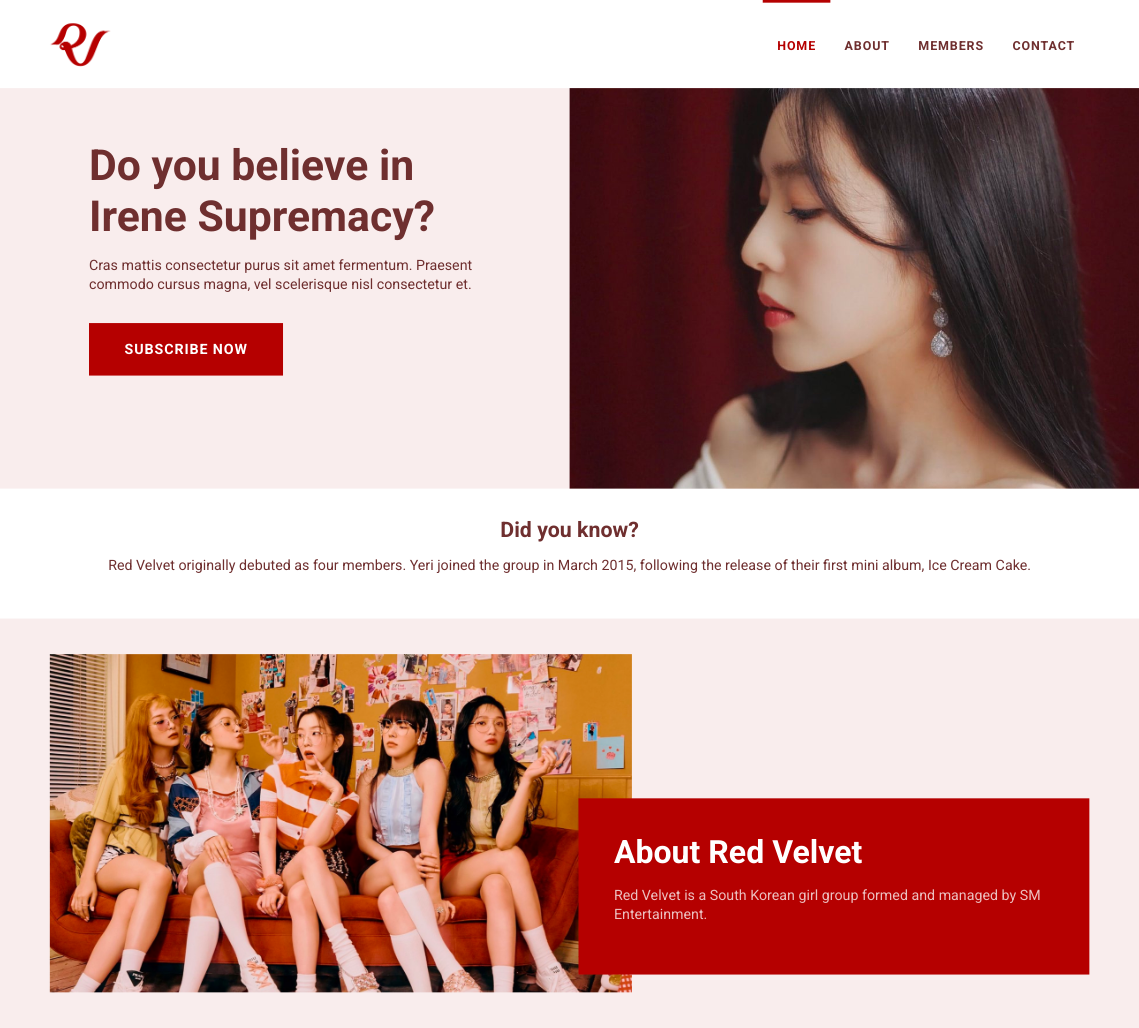
Repository: stillnotdavid/eternity-university
Page: app/index.html
An editor plug-in stored every save of this project. The page is shown before and after the next save, followed by the edit.
The browser window is 1280 px wide. The pictures show the whole page, at 89% of full size.
The style sheet was rebuilt from its Sass, Less or Tailwind sources for each picture, by a compiler version that may differ from the author's.

Above is the page before, as saved 2021-12-03 23:58:30.

### app/index.html
<!doctype html>
<html class="no-js" lang="">

<head>
  <meta charset="utf-8">
  <meta name="description" content="">

  <meta name="viewport" content="width=device-width, initial-scale=1, shrink-to-fit=no">
  <title>Red Velvet Fansite</title>
  <link rel="apple-touch-icon" href="apple-touch-icon.png">
  <!-- Place favicon.ico in the root directory -->
  <!-- build:css styles/vendor.css -->
  <!-- endbuild -->
  <!-- build:css styles/main.css -->
  <link rel="stylesheet" href="styles/main.css">
  <!-- endbuild -->
  <!-- build:js scripts/modernizr.js -->
  <script src="scripts/modernizr.js"></script>
  <!-- endbuild -->
</head>

<body>
  <!--[if IE]>
      <p class="browserupgrade">You are using an <strong>outdated</strong> browser. Please <a href="http://browsehappy.com/">upgrade your browser</a> to improve your experience.</p>
    <![endif]-->
  <header class="header">
    <div class="container header__container">
      <a class="header__logo" href="#"><img class="header__logo-image" src="images/logo.png"
          alt="Red Velvet Logo" /></a>
      <nav class="header__nav">
        <ul class="header__nav-links">
          <li class="header__nav-item">
            <a class="header__nav-link header__nav-link--active" href="">Home</a>
          </li>
          <li class="header__nav-item">
            <a class="header__nav-link" href="">About</a>
          </li>
          <li class="header__nav-item">
            <a class="header__nav-link" href="">Members</a>
          </li>
          <li class="header__nav-item">
            <a class="header__nav-link" href="">Contact</a>
          </li>
        </ul>
      </nav>
    </div>
  </header>
  <section class="hero">
    <div class="hero__cta">
      <h1>Do you believe in Irene Supremacy?</h1>
      <p>Cras mattis consectetur purus sit amet fermentum. Praesent commodo cursus magna, vel scelerisque nisl
        consectetur et.</p>
      <a class="button-primary" href="">Subscribe Now</a>
    </div>
    <div class="hero__image">
    </div>
  </section>
  <section class="trivia">
    <div class="container trivia__container">
      <div class="trivia__title">Did you know?</div>
      <p>Red Velvet originally debuted as four members. Yeri joined the group in March 2015, following the release of
        their first mini album, Ice Cream Cake.</p>
    </div>
  </section>
  <section class="about">
    <div class="container about__container">
      <img class="about__image" src="images/group.png" alt="Red Velvet Sitting!">
      <div class="about__text">
        <h2>About Red Velvet</h2>
        <p class="light">Red Velvet is a South Korean girl group formed and managed by SM Entertainment.</p>
      </div>
    </div>
  </section>

  <!-- build:js scripts/vendor.js -->
  <!-- endbuild -->
  <!-- build:js scripts/main.js -->
  <script src="scripts/main.js"></script>
  <!-- endbuild -->
</body>

</html>

### app/styles/main.scss
@import 'partials/colors';
@import 'partials/spacing';
@import 'partials/typography';

@import 'components/button';
@import 'components/header';
@import 'components/hero';
@import 'components/trivia';
@import 'components/about';


* {
  box-sizing: border-box;
}

html,
body {
  padding: 0;
  margin: 0;
}

.container {
  display: flex;
  width: 1200px;
  max-width: 1200px;
  margin: 0 auto;
  padding: 0 $spacing-large;
}

### app/styles/partials/_colors.scss
$color-primary: #B50000;
$color-secondary: #6F2F2F;

$background-primary: #F9EDED;

### app/styles/partials/_spacing.scss
$spacing-xsmall: 2px;
$spacing-small: 4px;
$spacing-medium: 8px;
$spacing-large: 16px;
$spacing-xlarge: 32px;

### app/styles/partials/_typography.scss
@import url('https://fonts.googleapis.com/css2?family=Roboto:wght@400;500;700&display=swap');


body,
html {
  font-family: 'Roboto', sans-serif;
}


$font-small: 14px;
$font-medium: 16px;
$font-large: 18px;
$font-xlarge: 24px;
$font-xxxlarge: 48px;

$font-regular: 400;
$font-medium: 500;
$font-bold: 700;


h1 {
  font-size: $font-xxxlarge;
  font-weight: $font-bold;
  color: $color-secondary;
  margin: $spacing-medium 0;
}

h2 {
  font-size: 36px;
  margin: 0;
}

p {
  font-size: $font-medium;
  color: $color-secondary;
  line-height: 22px;

  &.light {
    color: rgba(255, 255, 255, .75);
  }
}

### app/styles/components/_button.scss
.button-primary {
  display: inline-block;
  background-color: $color-primary;
  padding: 20px 40px;
  text-decoration: none;
  color: white;
  font-size: $font-medium;
  font-weight: $font-bold;
  text-transform: uppercase;
  letter-spacing: 1px;
  margin: $spacing-large 0;
}

### app/styles/components/_header.scss
$_logo-height: 50px;


.header {

  &__container {
    justify-content: space-between;
  }

  &__logo {
    display: flex;
    align-items: center;

    &-image {
      height: $_logo-height;
    }
  }

  &__nav {

    &-links {
      display: flex;
      list-style-type: none;
      padding: 0;
      margin: 0;
    }

    &-item {
      display: flex;
    }

    &-link {
      padding: 40px $spacing-large;
      text-decoration: none;
      color: $color-secondary;
      text-transform: uppercase;
      font-size: $font-small;
      font-weight: $font-bold;
      letter-spacing: 1px;
      border-top: 3px solid transparent;

      &:hover,
      &--active {
        color: $color-primary;
        border-top: 3px solid $color-primary;
      }
    }
  }
}

### app/styles/components/_hero.scss
$_hero-height: 450px;

.hero {
  height: $_hero-height;
  background: $background-primary;
  display: flex;

  &__container {
    align-items: center;
  }

  &__cta {
    flex: 0 0 50%;
    padding: 50px 100px;
  }

  &__image {
    flex: 0 0 50%;
    height: 100%;
    background-image: url('../../images/hero.jpeg');
    background-size: cover;
    background-position: center center;
  }
}

### app/styles/components/_trivia.scss
.trivia {
  text-align: center;
  padding: $spacing-xlarge;

  &__container {
    flex-direction: column;
  }

  &__title {
    font-size: $font-xlarge;
    font-weight: $font-bold;
    color: $color-secondary;
  }
}

### app/styles/components/_about.scss
.about {
  background: $background-primary;
  padding: 40px 0;

  &__container {
    align-items: flex-end;
  }

  &__image {
    height: 380px;
  }

  &__text {
    background: $color-primary;
    color: white;
    padding: 40px;
    margin-left: -60px;
    margin-bottom: 20px;
  }
}

Loaded but not shown: app/scripts/main.js (common file)

After the next save:
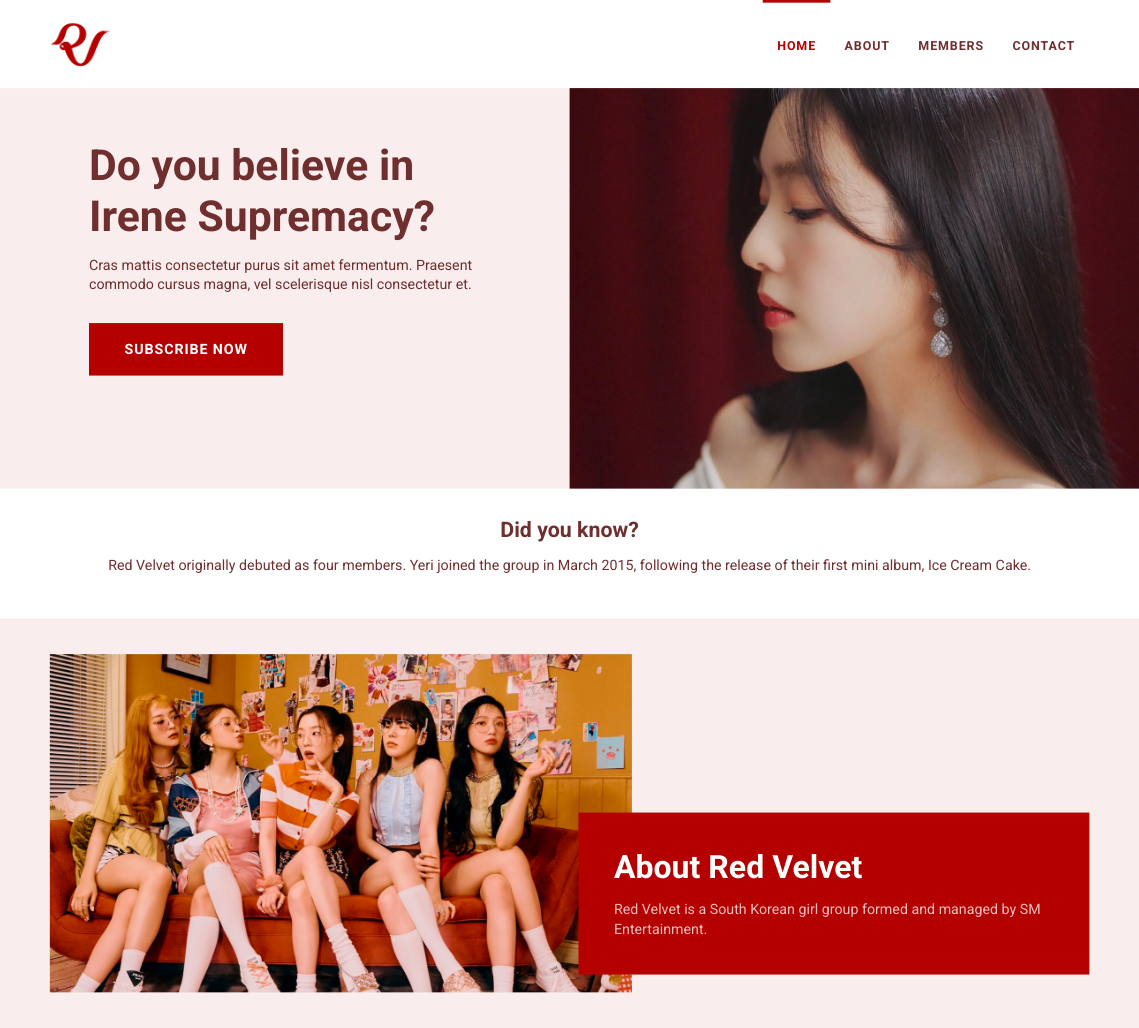
Saved 43 s later.
--- a/app/styles/components/_about.scss
+++ b/app/styles/components/_about.scss
@@ -16,5 +16,9 @@
     padding: 40px;
     margin-left: -60px;
     margin-bottom: 20px;
+
+    p {
+      margin-bottom: 0;
+    }
   }
 }
